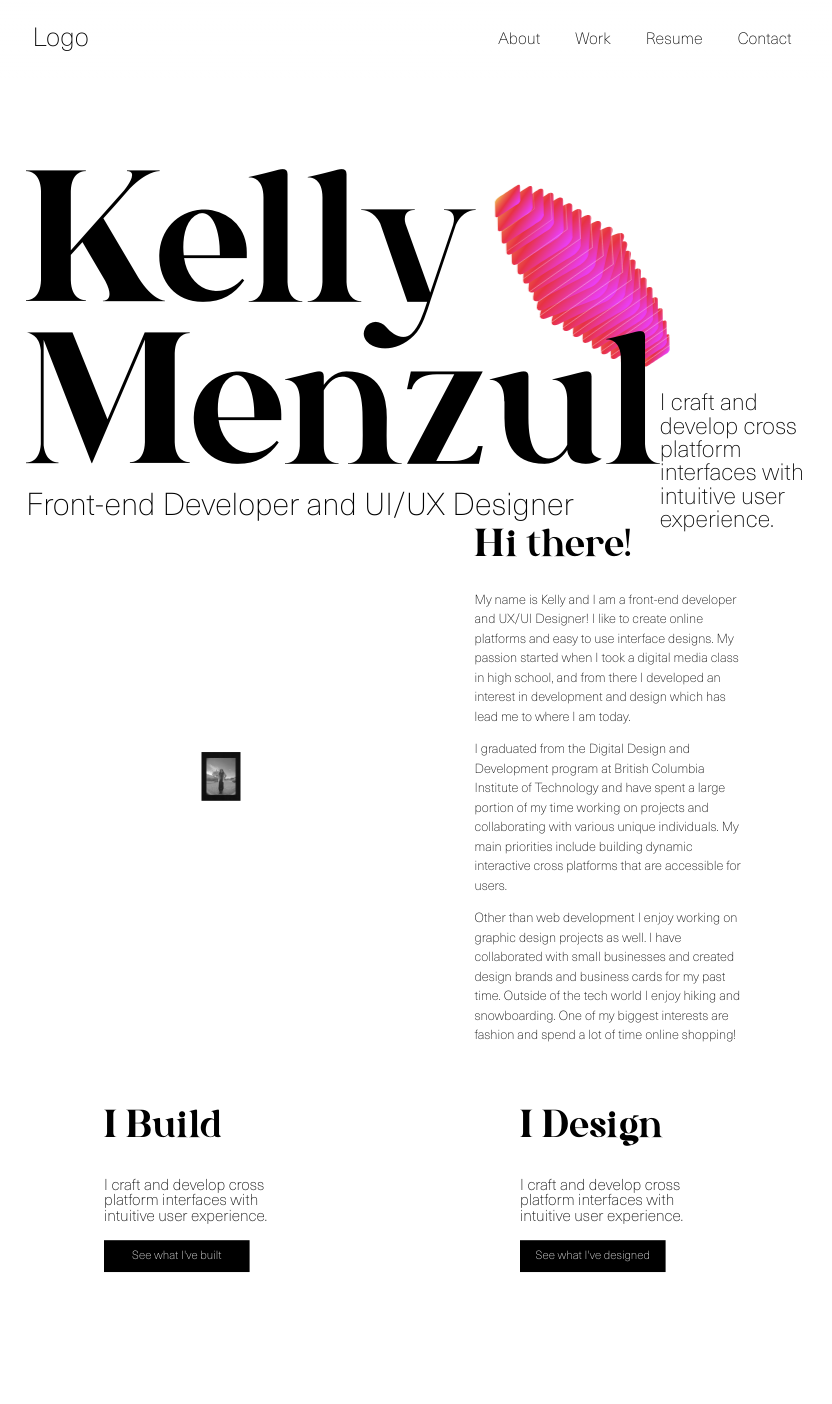
Repository: KellyMenzul/Kelly-Menzul
Page: /
An editor plug-in stored every save of this project. The page is shown before and after the next save, followed by the edit.
The browser window is 1280 px wide. The pictures show the whole page, at 65% of full size.
The project was rebuilt for these pictures with package versions that can differ from the ones it lists, and the page was loaded fresh each time. The framework's server and built-in components were replaced by stand-ins that run in the browser. Also part of the build but not shown: next.config.js.

Above is the page before, as saved 2022-01-20 15:07:47.

### pages/_document.js
import Document from 'next/document';
import { ServerStyleSheet } from 'styled-components';

export default class MyDocument extends Document {
 static async getInitialProps(ctx) {
   const sheet = new ServerStyleSheet();
   const originalRenderPage = ctx.renderPage;

   try {
     ctx.renderPage = () =>
       originalRenderPage({
         enhanceApp: (App) => (props) =>
           sheet.collectStyles(<App {...props} />),
       });

     const initialProps = await Document.getInitialProps(ctx);
     return {
       ...initialProps,
       styles: (
         <>
           {initialProps.styles}
           {sheet.getStyleElement()}
         </>
       ),
     };
   } finally {
     sheet.seal();
   }
 }
}

### pages/index.js
import Image from 'next/image'
import styled from 'styled-components'
import MenuBar from '../comps/MenuBar'
import Name from '../comps/Name'
import Position from '../comps/Position'
import Intro from '../comps/Intro'
import Head from '../comps/Head'
import Work from '../comps/Work'
import { useState, useEffect } from "react";
import Load from '../comps/Load'


const Holder = styled.div`
display:flex;
flex-direction:column;
width:100%;
flex-wrap:wrap;
`
const MenuHolder = styled.div`
display:flex;
flex-direction:column;
width:100%;
position:fixed;
`
const LandingHolder = styled.div`
display:flex;
position:relative;
width:100%;
height:100vh;
padding:40px;
flex-wrap:wrap;
`
const LandingHolderLeft = styled.div`
display:flex;
width:100%;
flex:2;
flex-direction:column;
justify-content:flex-end;
`

const LandingHolderRight = styled.div`
display:flex;
flex:1;
align-items:flex-end;
justify-content:flex-end;
`

const NameHolder = styled.div``

const IntroHolder = styled.div`
display:flex;
`
// About

const AboutHolder = styled.div`
display:flex;
flex-direction:row;
width:100%;
height:100vh;
padding:40px;
flex-wrap:wrap;
`

const  AboutHolderLeft = styled.div`
flex:1;
display:flex;
flex-direction:column;
justify-content:center;
align-items:center;
`

const  AboutHolderRight = styled.div`
display:flex;
flex-direction:column;
align-items:center;
justify-content:center;
flex:1;
`
const AboutMeHolder = styled.div`
display:flex;
flex-direction:column;
width:70%;
`

// work

const WorkHolder = styled.div `
display:flex;
flex-direction:row;
width:100%;
height:100vh;
flex-wrap:wrap;
`
const  WorkHolderLeft = styled.div`
display:flex;
align-items:center;
justify-content:center;
flex:1;
`

const  WorkHolderRight = styled.div`
flex:1;
display:flex;
align-items:center;
justify-content:center;
`

const LoadHolder = styled.div`
position:absolute;
z-index:-1;
left:40%;
`
const TextHolder  =styled.div``

const HeroImage = styled.img`
width:10%;
`

export default function Home() {
  // const [setup1, setSetup1] =  useState(false)

  // if (setup1 === false) {
  //   setTimeout(() => {
  //     setSetup1(true)
  //   },5000)

  //   return <LoadHolder>
  //     <Load/>
  //     <TextHolder>Welcome</TextHolder>
  //   </LoadHolder>
  // }

  return (
    <Holder>
      <MenuHolder>
        <MenuBar />
      </MenuHolder>


      <LandingHolder id='landing'>
        <LoadHolder>
          <Load/>
        </LoadHolder>

        <LandingHolderLeft>
          <NameHolder>
            <Name/>
            <Position topmargin='-160px'/>
          </NameHolder>
        </LandingHolderLeft>

        <LandingHolderRight>
          <IntroHolder>
           <Intro/>
          </IntroHolder>
        </LandingHolderRight>
      </LandingHolder>

      <AboutHolder id='about'>
        <AboutHolderLeft>
          <HeroImage width="70%" src='/me.png'/>
        </AboutHolderLeft>
        <AboutHolderRight>
            <AboutMeHolder>
              <Head text='Hi there!'/>
              <Position fontsize='20px' text='My name is Kelly and I am a front-end developer and UX/UI Designer! I like to create online platforms and easy to use interface designs. My passion started when I took a digital media class in high school, and from there I developed an interest in development and design which has lead me to where I am today.'/>
              <Position fontsize='20px' text='I graduated from the Digital Design and Development program at British Columbia Institute of Technology and have spent a large portion of my time working on projects and collaborating with various unique individuals. My main priorities include building dynamic interactive cross platforms that are accessible for users.'/>
              <Position fontsize='20px' text='Other than web development I enjoy working on graphic design projects as well. I have collaborated with small businesses and created design brands and business cards for my past time. Outside of the tech world I enjoy hiking and snowboarding. One of my biggest interests are fashion and spend a lot of time online shopping!'/>
            </AboutMeHolder>
        </AboutHolderRight>
      </AboutHolder>

      <WorkHolder id='work'>
        <WorkHolderLeft>
          <Work routeTo='/development' buttontext="See what I've built" text='I craft and develop cross platform interfaces with intuitive user experience.' headerhere='I Build'/>
        </WorkHolderLeft>
        <WorkHolderRight>
          <Work routeTo='/design' buttontext="See what I've designed" text='I craft and develop cross platform interfaces with intuitive user experience.' headerhere='I Design'/>
        </WorkHolderRight>
      </WorkHolder>



    </Holder>
  )
}

### styles/globals.css
@font-face {
  font-family: "textbold";
  src: url(../public/fonts/NeueHaasUnica/NeueHaasUnica-Bold.ttf);
  font-display: swap;
}

@font-face {
  font-family: "textlight";
  src: url(../public/fonts/NeueHaasUnica/NeueHaasUnica-ExtraLight.ttf);
  font-display: swap;
}

@font-face {
  font-family: "heading";
  src: url(../public/fonts/GishellaMorely/Gishella\ Morely.ttf);
  font-display: swap;
}

html,
body {
  padding: 0;
  margin: 0;
  font-family: "textlight";
  scroll-behavior: smooth;
}


a {
  color: inherit;
  text-decoration: none;
}

* {
  box-sizing: border-box;
}

### comps/MenuBar/index.js
import styled from "styled-components";
import React from "react";
import Link from "next/link";

const Holder = styled.div `
display:flex;
align-items:center;
justify-content:center;
width:100%;
background: rgb(255,255,255);
background: linear-gradient(180deg, rgba(255,255,255,1) 0%, rgba(148,187,233,0) 100%);
`
const LogoHolder = styled.div `
margin-left:50px;
`

const Left = styled.div`
flex:1;
`

const Right = styled.div`
flex:1;
display:flex;
justify-content:flex-end;
`

const MenuButtonHolder = styled.div`
display:flex;
flex-firection:row;
width:100%;
justify-content:flex-end;
gap:30px;
margin-right:50px;
`

const MenuButton = styled.button`
border-style:none;
background-color:${props=>props.bgcolor};
font-family:"textlight";
font-size:25px;
color:black;
padding:12px;

&:hover {
    text-decoration:underline;
}
`

const Logo = styled.p`
font-size:40px;
`


const MenuBar = ({
    onButtonPress=()=>{},
    bgcolor="transparent",
}) => {

    return <Holder>
        <Left>
            <Link href="#landing">
            <LogoHolder>
                <Logo>Logo</Logo>
            </LogoHolder>
            </Link>
        </Left>
        <Right>
            <MenuButtonHolder>
                <Link href="#about">
                    <MenuButton bgcolor={bgcolor} onClick={()=>{onButtonPress()}}>About</MenuButton>
                </Link>

                <Link href="#work">
                <MenuButton bgcolor={bgcolor}>Work</MenuButton>
                </Link>

                <MenuButton bgcolor={bgcolor}>Resume</MenuButton>

                <Link href="mailto:kmnzul@gmail.com">
                <MenuButton bgcolor={bgcolor}>Contact</MenuButton>
                </Link>

            </MenuButtonHolder>
        </Right>
    </Holder>
}

export default MenuBar;

### comps/Name/index.js
import styled from "styled-components";
import React from "react";
import { style } from "@mui/system";

const TextHolder = styled.div `
dispay:flex;
flex-wrap:wrap;
width:100%;

`

const Text = styled.h1`
font-family:"heading";
font-size:288px;
font-weight:400;
line-height:250px;
`

const Name = ({}) => {
    return <TextHolder>
        <Text>Kelly Menzul</Text>
        </TextHolder>

}

export default Name;

### comps/Position/index.js
import styled from "styled-components";
import React from "react";

const TextHolder = styled.div`
dispay:flex;
flex-wrap:wrap;
width:100%;
`

const Text = styled.p`
font-family:"textlight";
font-size:${props=>props.fontsize};
font-weight:400;
margin-top:${props=>props.topmargin};
line-height:30px;
`
// margin-top:-160px;
const Position = ({
    text = "Front-end Developer and UI/UX Designer",
    fontsize = "48px",
    topmargin = "0px"
}) => {
    return <TextHolder>
    <Text topmargin={topmargin} fontsize={fontsize}>{text}</Text>
    </TextHolder>
}

export default Position;

### comps/Intro/index.js
import styled from "styled-components";
import React from "react";

const TextHolder = styled.div `
dispay:flex;
flex-wrap:wrap;
width:100%;

`

const Text = styled.h1`
font-family:"textlight";
font-weight:400;
font-size:36px;
`

const Intro = ({}) => {
    return <TextHolder>
        <Text>I craft and develop cross platform interfaces with intuitive user experience.</Text>
        </TextHolder>

}

export default Intro;

### comps/Head/index.js
import styled from "styled-components";
import React from "react";

const TextHolder = styled.div `
dispay:flex;
flex-wrap:wrap;
width:100%;

`

const Text = styled.h1`
font-family:"heading";
font-size:${props=>props.headsize};
font-weight:400;
`

const Head = ({
    headsize="60px",
    text="Heading"
}) => {
    return <TextHolder>
        <Text headsize={headsize}>{text}</Text>
        </TextHolder>

}

export default Head;

### comps/Work/index.js
import styled from "styled-components";
import React from "react";
import Head from "../Head";
import Position from "../Position";
import router, {useRouter} from 'next/router';

const Holder = styled.div `
display:flex;
flex-direction:column;
width:50%;
`

const Header = styled.h2 `
font-family:"heading";
font-size:${props=>props.headsize};
font-weight:400;
`

const Text = styled.p `
font-family:"textlight";
font-size:${props=>props.fontsize};
font-weight:400;
margin-top:${props=>props.topmargin};
`

const Button = styled.button `
border-style:none;
font-family:"textlight";
color:white;
background-color:black;
font-size:18px;
padding:15px;
width:70%;
transition:1s;

&: hover {
    background-color:#FF312E;
}


`

// margin-top:-160px;
const Work = ({
    headsize="60px",
    text = "text",
    fontsize = "24px",
    topmargin = "0px",
    headerhere='header',
    buttontext =  "buttontext",
    routeTo = '/.'

}) => {
    return <Holder>
        <Header headsize={headsize}>{headerhere}</Header>
        <Text topmargin={topmargin} fontsize={fontsize}>{text}</Text>
        <Button onClick={()=>router.push(routeTo)}>{buttontext}</Button>

    </Holder>
}

export default Work;

### comps/Load/index.js
import styled from 'styled-components';
import React, {useEffect, useRef, useState} from 'react';
import lottie from 'lottie-web';


const Container = styled.div`
    max-width:100%;
`

// const Buttons = styled.button``
var anim = null;


const Load = ({}) => {
    const container = useRef(null)

    useEffect(() => {
        anim = lottie.loadAnimation({
            container: container.current,
            renderer: 'svg',
            loop: true,
            autoplay:true,
            animationData: require('../../public/load.json')

        })
        lottie.setSpeed(0.3);
        setTimeout(() => {
            anim.pause()
        }, 61000);
    }, [])

    return <Container>
        <div className="container" ref={container}></div>
    </Container>
}

export default Load;

Loaded but not shown: pages/_app.js (common file); public/load.json (1 lines, source omitted)

After the next save:
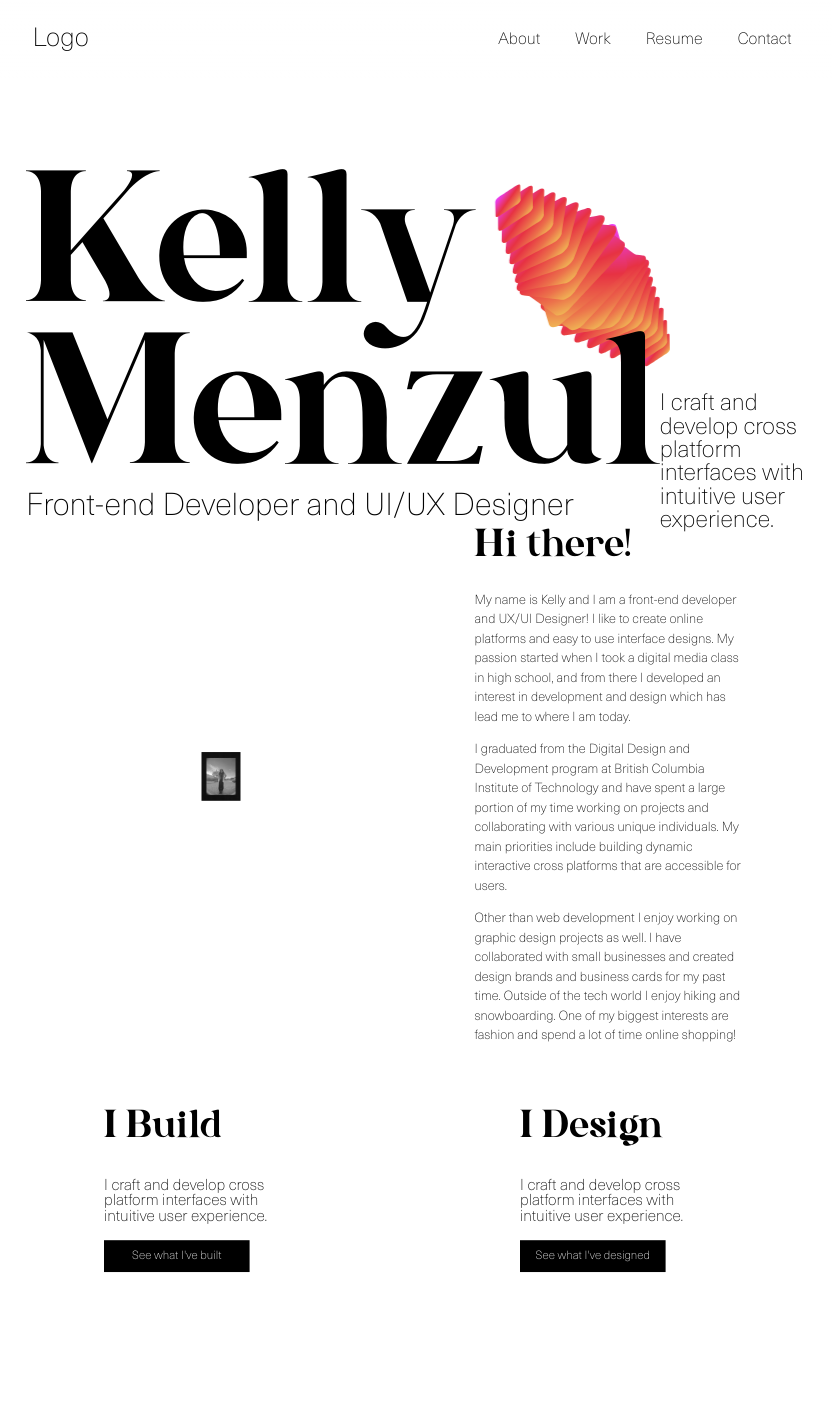
Saved 27 s later.
--- a/comps/Load/index.js
+++ b/comps/Load/index.js
@@ -26,7 +26,7 @@
         lottie.setSpeed(0.3);
         setTimeout(() => {
             anim.pause()
-        }, 61000);
+        },);
     }, [])
 
     return <Container>

After the 3 saves that followed:
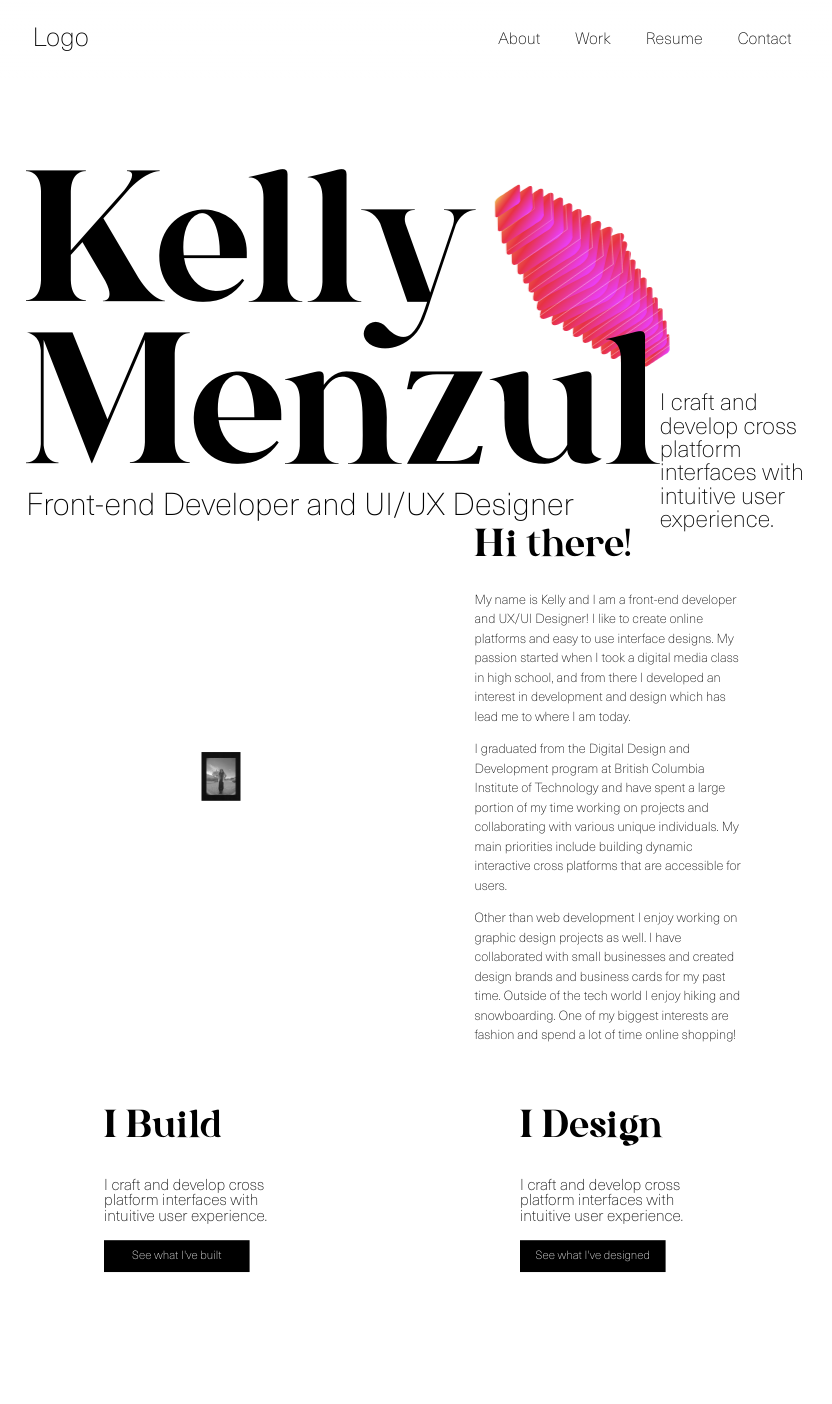
The 3 saves are shown as one change because they came seconds apart.
The last was saved 10 s later.
--- a/comps/Load/index.js
+++ b/comps/Load/index.js
@@ -24,9 +24,6 @@
 
         })
         lottie.setSpeed(0.3);
-        setTimeout(() => {
-            anim.pause()
-        },);
     }, [])
 
     return <Container>
